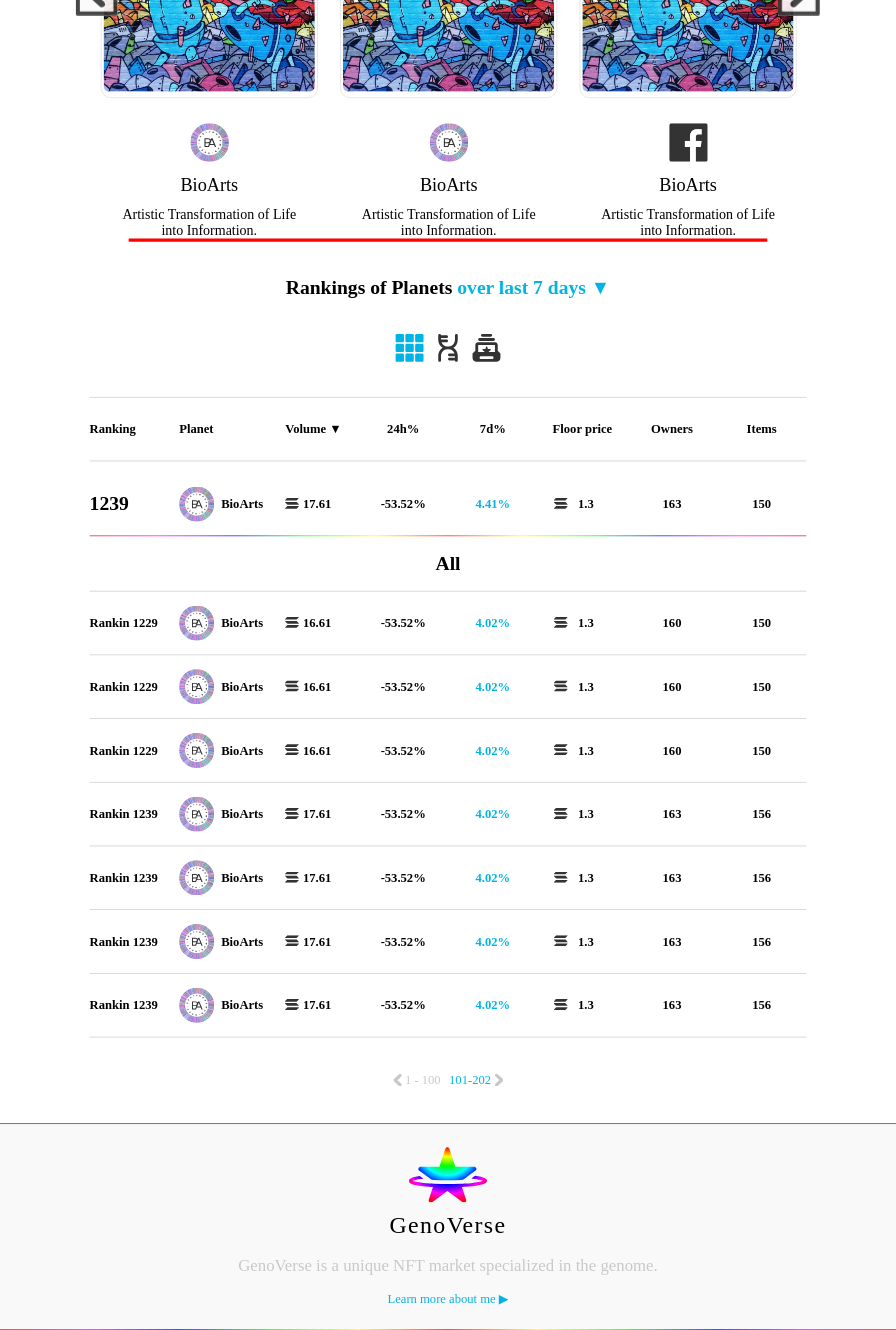
Repository: superHotBob/bioart
Page: /
The author's editor kept a copy of each file at every save. The page is drawn from the files as they stood at one save, then again after the next save.
The browser window is 1280 px wide. The pictures show the part of the page from y = 950 to 2870 px (the page is 2850 px tall before and 2870 px after), at 70% of full size.
Some web fonts or font styles are not loaded; a fallback is used. The project was rebuilt for these pictures with package versions that can differ from the ones it lists, and the page was loaded fresh each time. The framework's server and built-in components were replaced by stand-ins that run in the browser. Also part of the build but not shown: next.config.js.

Above is the page before, as saved 2022-04-05 17:53:33.

After the next save:
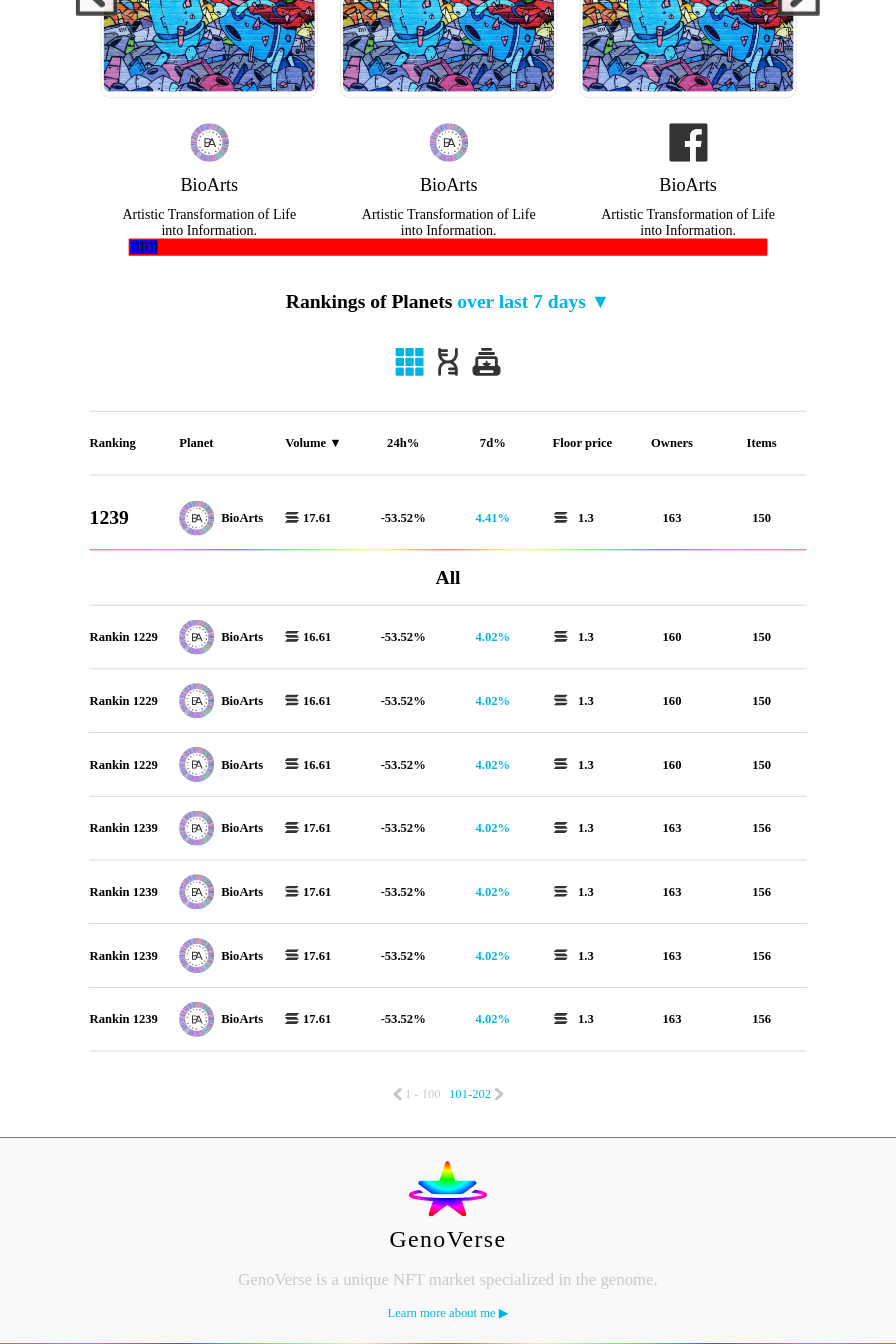
Saved 36 s later.
--- a/pages/index.js
+++ b/pages/index.js
@@ -284,7 +284,9 @@
             </div>
           </Slider>
           <p className={styles.sliderDot} style={{border: '2px solid red'}}>
-            {(new Array(6)).map((i,index)=><span style={{backgroundColor: 'blue'}} key={index}>{i}</span>)}
+            {(new Array(6)).fill(1).map((i,index)=>
+            <span style={{backgroundColor: 'blue'}} key={index}>{i}</span>
+            )}
           </p>
         </div>
       </section>

After the save that followed:
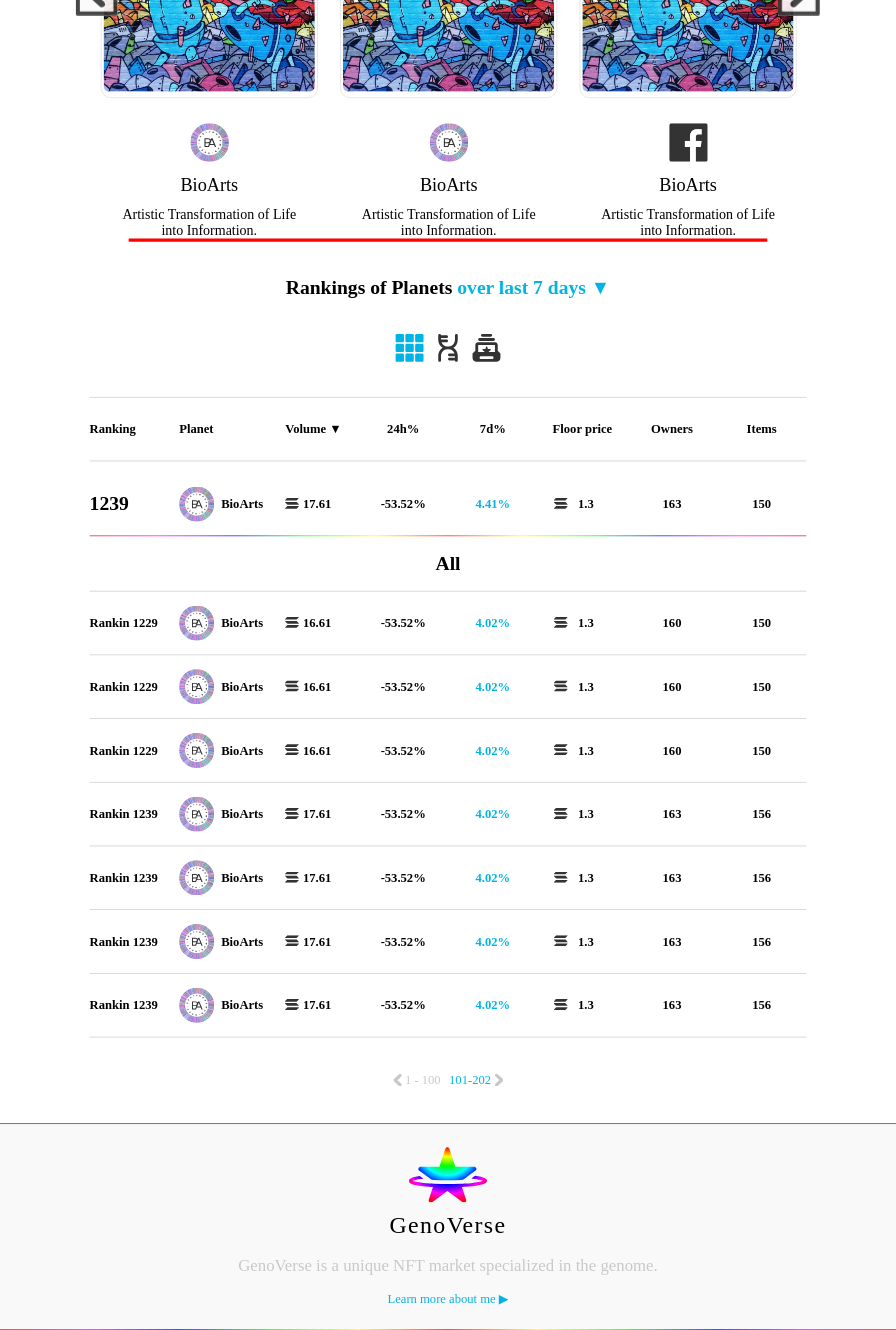
Saved 10 s later.
--- a/pages/index.js
+++ b/pages/index.js
@@ -284,7 +284,7 @@
             </div>
           </Slider>
           <p className={styles.sliderDot} style={{border: '2px solid red'}}>
-            {(new Array(6)).fill(1).map((i,index)=>
+            {(new Array(6)).fill(' ').map((i,index)=>
             <span style={{backgroundColor: 'blue'}} key={index}>{i}</span>
             )}
           </p>
